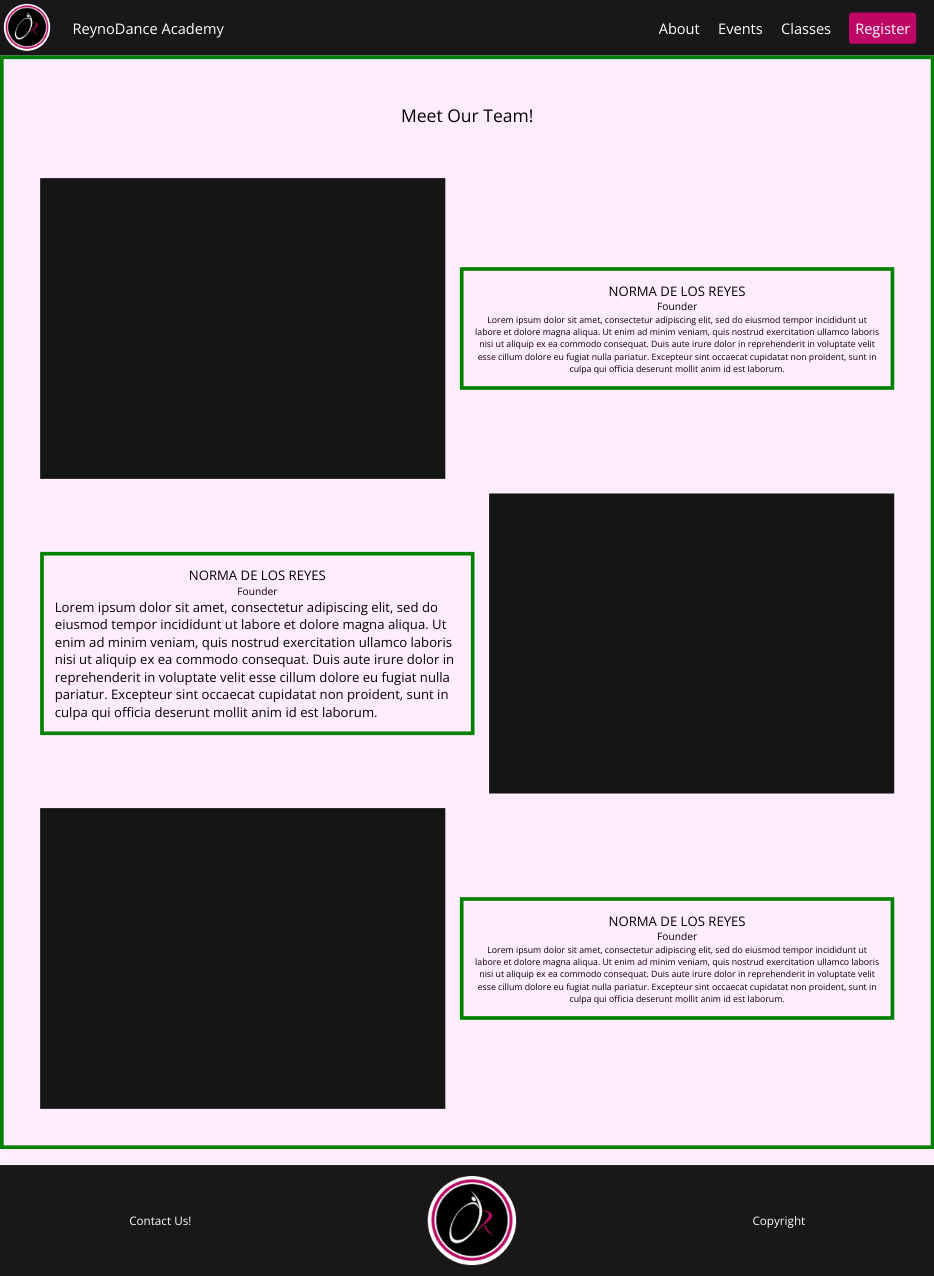
Repository: andreaelpz/reynodance-academy
Page: /about
The author's editor kept a copy of each file at every save. The page is drawn from the files as they stood at one save, then again after the next save.
The browser window is 1280 px wide. The pictures show the whole page, at 73% of full size.
The project was rebuilt for these pictures with package versions that can differ from the ones it lists, and the page was loaded fresh each time. Also part of the build but not shown: angular.json, src/app/classes/classes.component.ts, src/app/events/events.component.ts, src/app/sign-in/sign-in.component.ts, src/app/dashboard/dashboard.component.ts, src/app/home/home.component.ts, src/app/user/register/register.component.ts, src/app/login/login.component.ts.

Above is the page before, as saved 2024-11-18 21:09:20.

After the next save:
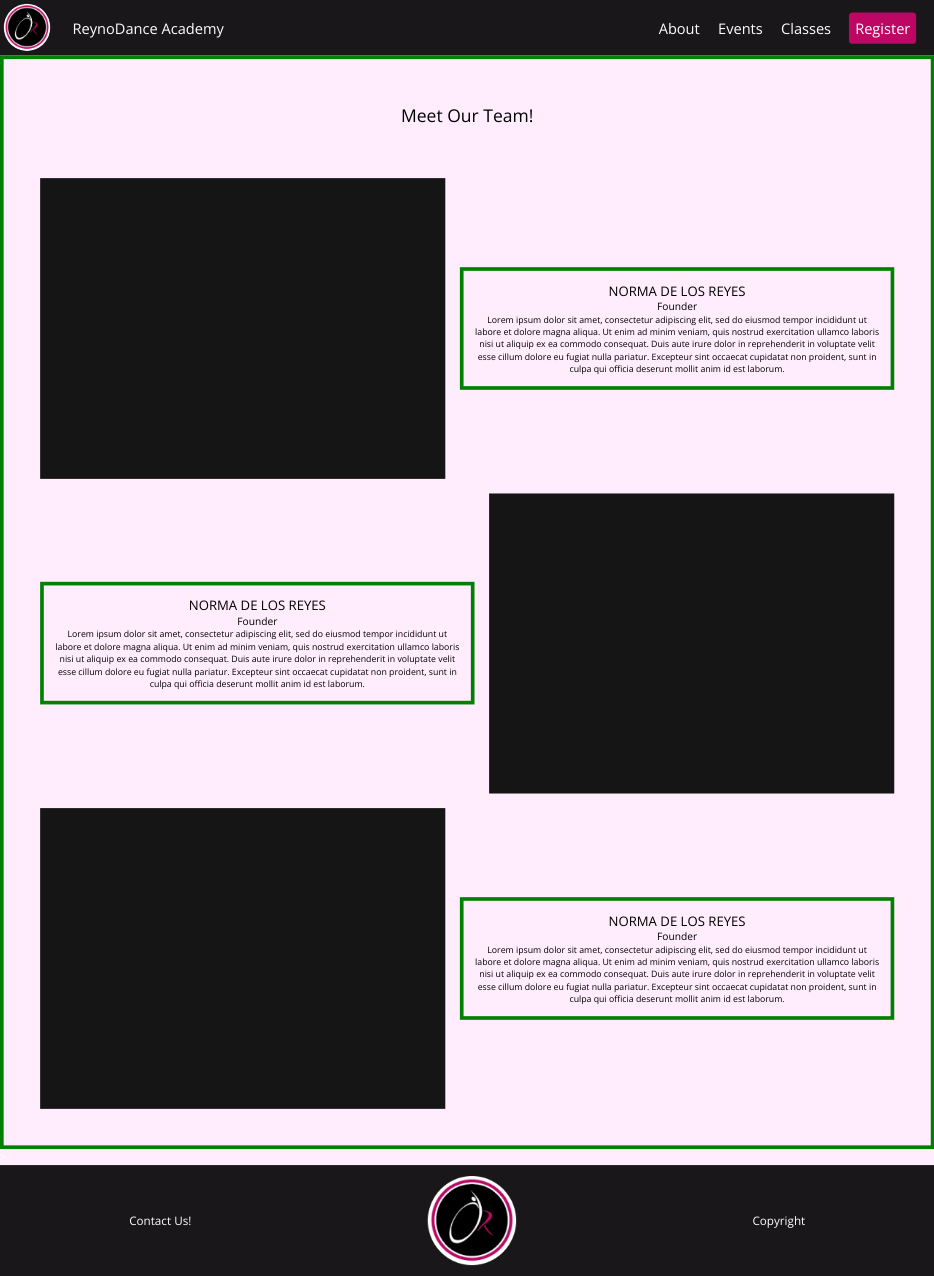
Saved 6 s later.
--- a/src/app/about/about.component.css
+++ b/src/app/about/about.component.css
@@ -73,7 +73,7 @@
   font-size: 14px;
 }
 
-.normaInfo{
+.marcelaInfo{
   display: flex;
   text-align: center;
   font-size: 12px;
